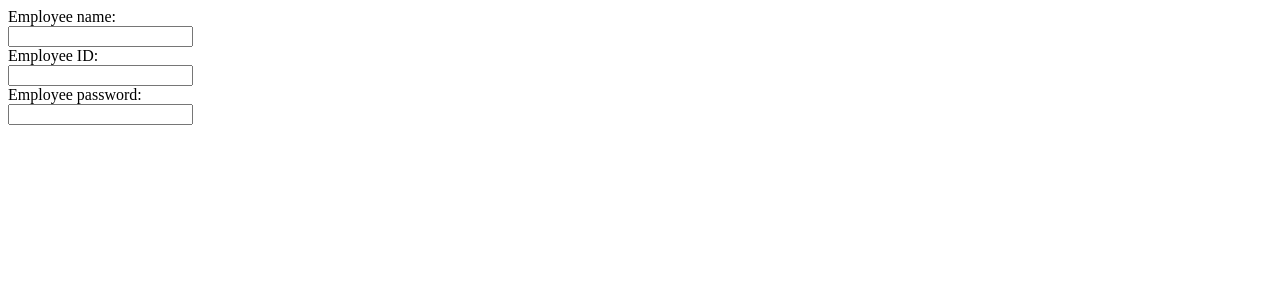
Repository: Apoorvasuswaram/cts
Page: appu/WebContent/a.html
These files come from the project's save history. The page is drawn as it stood at one moment and after the next save; the edit follows.
The browser window is 1280 px wide. The pictures show the whole page.

Above is the page before, as saved 2020-01-18 11:29:27.

### appu/WebContent/a.html
<!DOCTYPE html>
<html>
<head>
<meta charset="ISO-8859-1">
<title>Insert title here</title>
</head>
<body>
<form>
  Employee name:<br>
  <input type="text" name="firstname"><br>

  Employee ID:<br>
  <input type="text" name="Id"><br>
  Employee password:<br>
  <input type="text" name="password"><br>
</body>
</html>

After the next save:
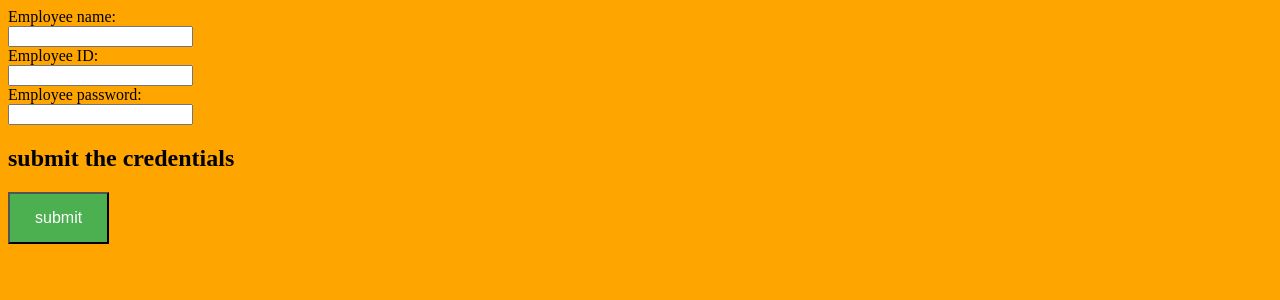
Saved 64 s later.
--- a/appu/WebContent/a.html
+++ b/appu/WebContent/a.html
@@ -4,7 +4,7 @@
 <meta charset="ISO-8859-1">
 <title>Insert title here</title>
 </head>
-<body>
+<body bgcolor="orange">
 <form>
   Employee name:<br>
   <input type="text" name="firstname"><br>
@@ -13,5 +13,27 @@
   <input type="text" name="Id"><br>
   Employee password:<br>
   <input type="text" name="password"><br>
+  <style>
+  .button {
+  background-color: #4CAF50;
+  color: white;
+  padding: 15px 25px;
+  text-align: center;
+  font-size: 16px;
+  cursor: pointer;
+}
+
+.button:hover {
+  background-color: red;
+}
+</style>
+</head>
+<body>
+
+<h2>submit the credentials</h2>
+<button class="button">submit
+<div class="spinner-border text-primary"></div>
+</button>
+
 </body>
 </html>
